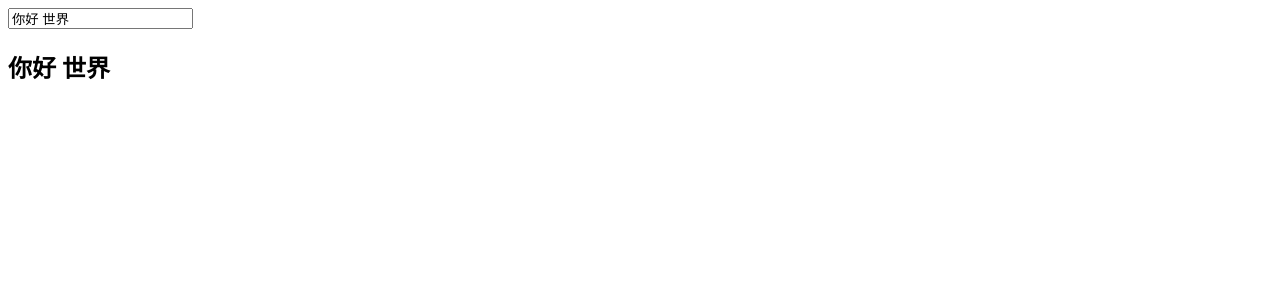
Repository: 1404413577/jsdemo
Page: javascript/数据的双向绑定.html
An editor plug-in stored every save of this project. The page is shown before and after the next save, followed by the edit.
The browser window is 1280 px wide. The pictures show the whole page.

Above is the page before, as saved 2022-11-25 14:48:54.

After the next save:
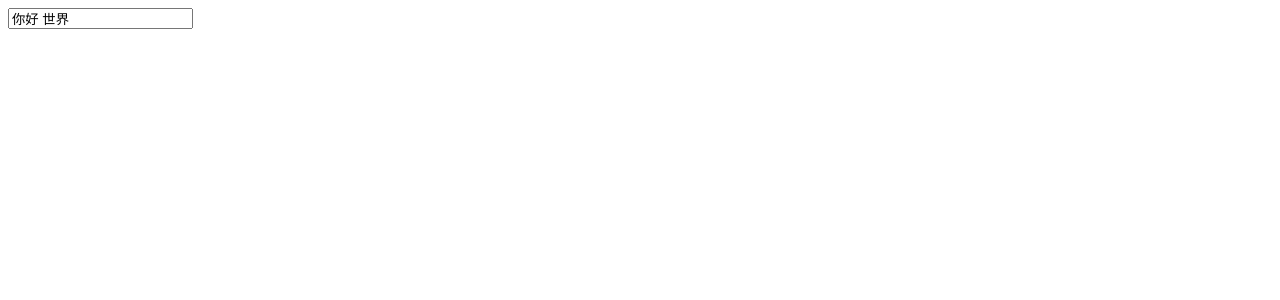
Saved 19 s later.
--- a/javascript/数据的双向绑定.html
+++ b/javascript/数据的双向绑定.html
@@ -9,7 +9,7 @@
   <body>
     <div>
         <input type="text" id="ipt" value="" oninput="changeData(this.value)">
-        <h2 id="title"></h2>
+        <title id="title"></title>
     </div>
   </body>
   <script>

After the save that followed:
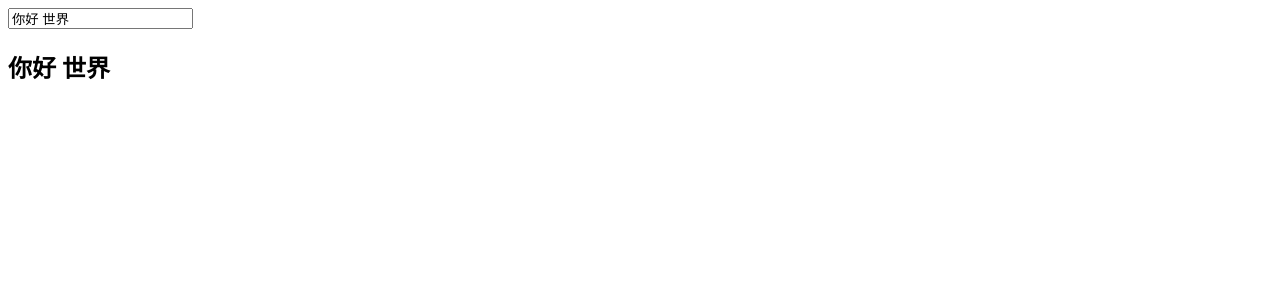
Saved 7 s later.
--- a/javascript/数据的双向绑定.html
+++ b/javascript/数据的双向绑定.html
@@ -9,7 +9,7 @@
   <body>
     <div>
         <input type="text" id="ipt" value="" oninput="changeData(this.value)">
-        <title id="title"></title>
+        <h2 id="title"></h2>
     </div>
   </body>
   <script>
